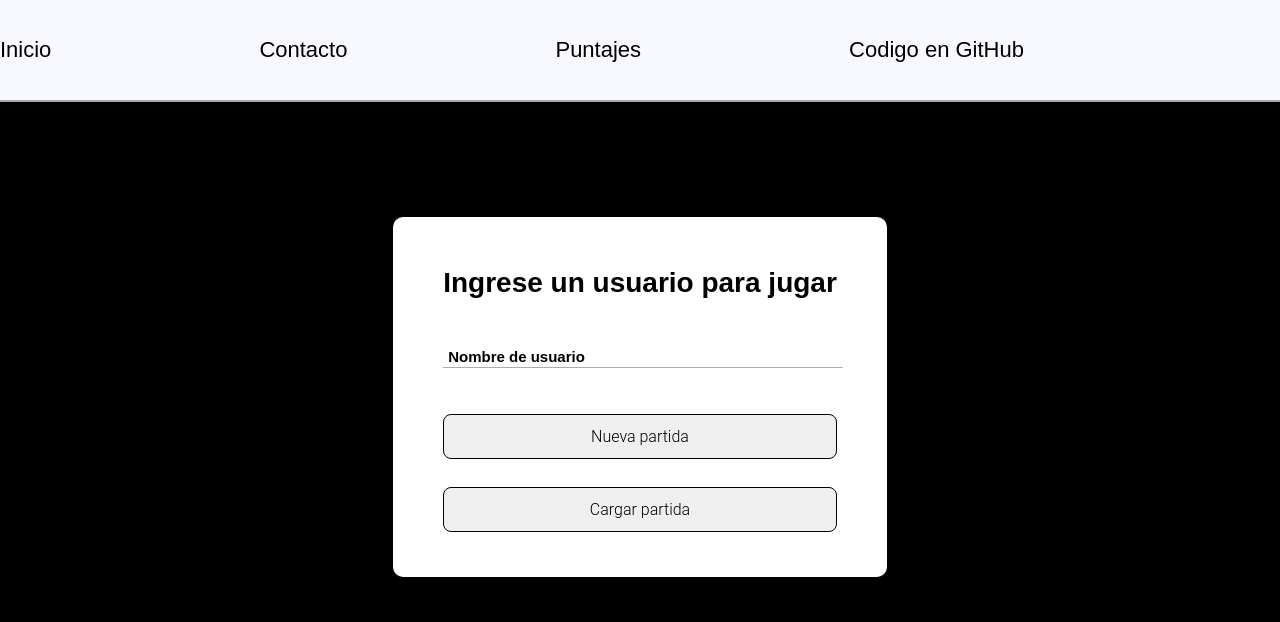
Repository: FacundoKinderknecht/FacundoKinderknecht_Wordle_Game_LPPA
Page: index.html
An editor plug-in stored every save of this project. The page is shown before and after the next save, followed by the edit.
The browser window is 1280 px wide. The pictures show the whole page.

Above is the page before, as saved 2023-08-08 02:54:50.

### index.html
<!DOCTYPE html>
<html lang="en">
    <head>
        <meta charset="UTF-8">
        <meta http-equiv="X-UA-Compatible" content="IE=edge">
        <meta name="viewport" content="width=device-width, initial-scale=1.0">
        <link rel ="stylesheet" href="/css/reset.css">
        <link rel="stylesheet" href="/css/index.css">
        <link rel="stylesheet" href="/css/styles.css">
        <script src="/js/index.js"></script>

        <title>Final LPPA Facundo Kinderknecht</title>
    </head>
    <body>
        <header>
            <nav class="navbar">
                <a href="">Inicio</a>
                <a href="">Contacto</a>
                <a href="">Puntajes</a>
                <a href="https://github.com/FacundoKinderknecht/FacundoKinderknecht_Wordle_Game_LPPA" target="_blank">Codigo en GitHub</a>
            </nav>
        </header>

        <div class="form-container">
            <form class="form-user">
                <h2 class="form-title">Ingrese un usuario para jugar</h2>
                <fieldset class="group-form">
                    <input class="form-txt" id="txt-user" placeholder="">
                    <label class="form-lbl" id="lbl-user" for="txt-user">Nombre de usuario</label>
                </fieldset>
                <input type="button" class="form-button" value="Nueva partida" id="btn-new">
                <input type="button" class="form-button" value="Cargar partida" id="btn-load">
            </form>
        </div>
    </body>
</html>

### css/reset.css
/* http://meyerweb.com/eric/tools/css/reset/
   v2.0 | 20110126
   License: none (public domain)
*/

html, body, div, span, applet, object, iframe,
h1, h2, h3, h4, h5, h6, p, blockquote, pre,
a, abbr, acronym, address, big, cite, code,
del, dfn, em, img, ins, kbd, q, s, samp,
small, strike, strong, sub, sup, tt, var,
b, u, i, center,
dl, dt, dd, ol, ul, li,
fieldset, form, label, legend,
table, caption, tbody, tfoot, thead, tr, th, td,
article, aside, canvas, details, embed,
figure, figcaption, footer, header, hgroup,
menu, nav, output, ruby, section, summary,
time, mark, audio, video {
	margin: 0;
	padding: 0;
	border: 0;
	font-size: 100%;
	font: inherit;
	vertical-align: baseline;
}

### css/index.css
form{
    background-color: white;
    margin: 100px auto;
    width: 90%;
    max-width: 400px;
    padding: 50px;
    padding-bottom: 25px;
    border-radius: 10px;
    box-shadow: 0px 2px 5px;
    text-align: center;
}

.form-title{
    font-size: 28px;
    margin-bottom: 40px;
    font-weight: 700;
}

.form-container{
    margin-top: 50px;
    display:flex;
    margin: auto;
}

.group-form{
    width: 100%;
    position: relative;
    margin-bottom: 30px;
}

.form-txt{
    width: 100%;
    background: none;
    margin-bottom: 8px;
    color: rgb(27, 27, 27);
    font-size: 16px;
    padding: 5px 3px;
    border:none;
    outline:none;
    border-bottom: 1px solid rgb(87, 87, 87, 0.49);
}

.form-txt:focus + .form-lbl, .form-txt:not(:placeholder-shown) + .form-lbl{
    transform: translateY(-13px) scale(0.9);
    transform-origin: left top;
}

.form-lbl{
    position:absolute;
    font-size: 15px;
    top:0;
    left:5px;
    font-weight: bold;
    transform: translateY(9px);
    transform-origin: left bottom;
    transition: transform .5s;
}

.form-txt-error{
    width: 100%;
    color:rgb(255, 0, 0);
    text-align: center;
}

.form-button{
    width: 100%;
    font-family: 'Roboto', sans-serif;
    font-weight: 300;
    font-size: 16px;
    padding: 12px 0px;
    border: 1px solid;
    border-radius: 8px;
    cursor: pointer;
    transition: background-color .3s;
    margin-top: 8px;
    margin-bottom: 20px;
}

.hidden{
    display: none;
}

### css/styles.css
body{
    font-family: Arial, Helvetica, sans-serif;
    background-color: black;
    display:flex;
    align-items: center;
    flex-direction: column;
}

header{
    width: 100%;
    height: 100px;
    margin-bottom: 15px;
    display: flex;
    justify-content: justify-content;
    align-items: center;
    background-color: ghostwhite;
    border-bottom: 2px solid rgb(87, 87, 87, 0.49);
}

header nav{
    display:inherit;
    justify-content: space-between;
    width: 80%;
}

header nav a{
    text-decoration: none;
    font-weight: 400;
    font-size: 22px;
    color: black;
}

header nav a:hover{
    font-size: 30px;
}

header nav i{
    font-size: 22px;
}

.hidden {
    display:none;
}

Loaded but not shown: js/index.js (no stored copy; drawn as an empty file)

After the next save:
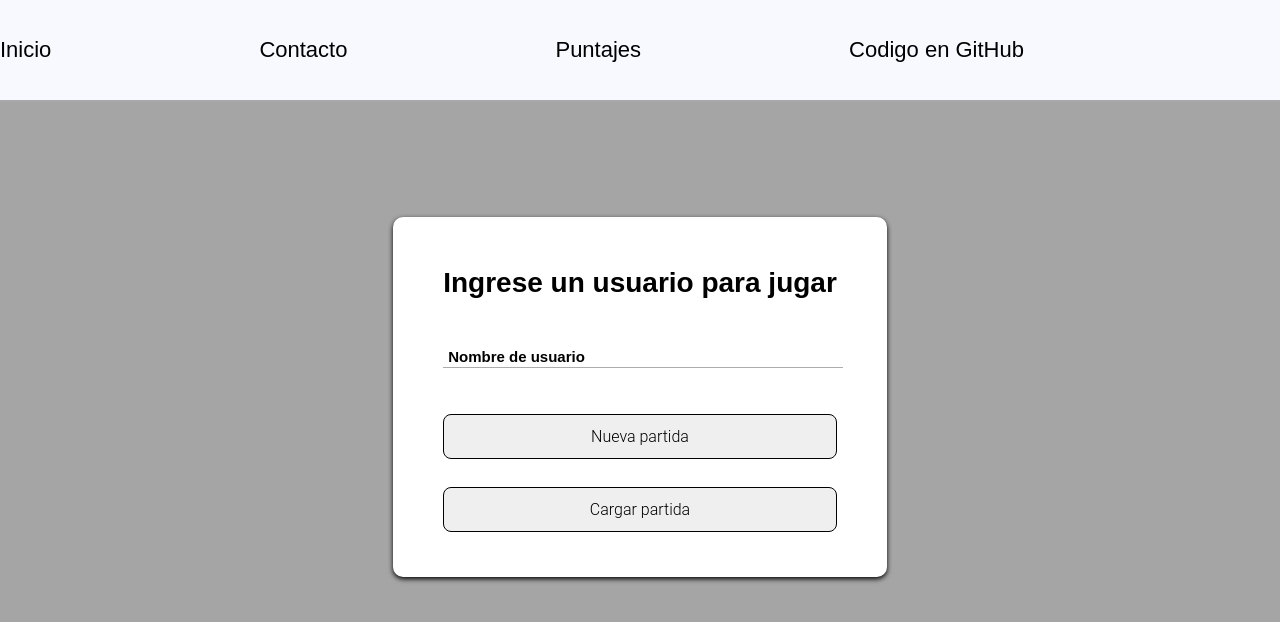
Saved 12 s later.
--- a/css/styles.css
+++ b/css/styles.css
@@ -1,6 +1,6 @@
 body{
     font-family: Arial, Helvetica, sans-serif;
-    background-color: black;
+    background-color: rgba(0, 0, 0, 0.351);
     display:flex;
     align-items: center;
     flex-direction: column;
